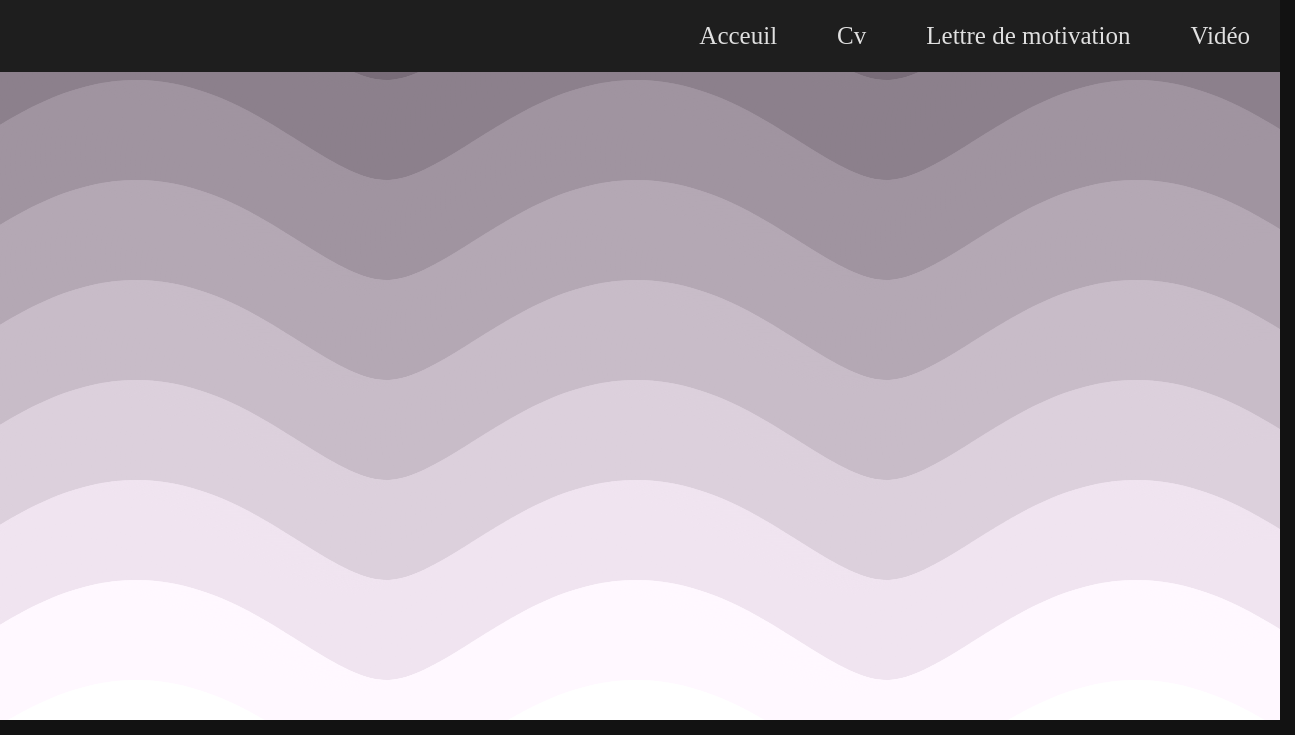
Repository: Iban-del/ProjetBacIban
Page: index.html
An editor plug-in stored every save of this project. The page is shown before and after the next save, followed by the edit.
The browser window is 1280 px wide. The page is 1295 px wide, so the pictures cover 1295 px, including what lies to the right of the window. The pictures show the whole page.
The page's requests for data from a server got no answer.

Above is the page before, as saved 2025-02-24 22:28:36.

### index.html
<!DOCTYPE html>
<html lang="fr">
<head>
    <meta charset="UTF-8">
    <meta name="viewport" content="width=device-width, initial-scale=1.0">
    <link rel="icon" type="image/x-icon" href="image/image.png">
    <link rel="stylesheet" href="css/index.css">
    <title>Iban</title tle>
    <canvas></canvas>
    <script src="js/background.js" type="module"></script>

</head>
<body>
    <nav id="navBar" class="navBar"></nav>
    <div id="panel" class="home">

    </div>
    <script src="js/index.js" type="module"></script>
</body>
</html>

### css/index.css
html, body {
    margin: 0px;
    display: flex;
    font-family: Arial, Helvetica, sans-serif;
    color: #E0E0E0;
    background-color: #121212;
    height: 100%;
    width: 100%;
    height: auto;
}

.navBar {
    height: 10%;
    width: 100%;
    position: fixed;
    background-color: #1E1E1E;
    display: flex;
    justify-content: end;
    align-items: center;
    z-index: 10;
}

.bg1, .bg2 {
    overflow-x: clip;
    z-index: -1;
    position: fixed;
}

.button-navBar {
    font-family: cursive;
    z-index: 13;
    padding: 30px;
    text-decoration: none;
    background-color: transparent;
    border: none;
    color: #E0E0E0;
    font-size: 25px;
    font-weight: 500;
}

.button-navBar:hover {
    cursor: pointer;
    color: #BB86FC;
}

.home {
    display: flex;
    position: absolute;
    width: 100%;
    height: 90%;
    top: 10%;
    background-color: transparent;
    margin: 15px;
}

.content-left {
    padding: 5px;
    width: 50%;
    height: 500px;
    display: flex;
    flex-direction: column;
    align-items: center;
    background-color: #1E1E1E;
    border-radius: 21px;
}

.content-right {
    width: 50%;
    display: flex;
    justify-content: center;
    align-items: center;
}

.name {
    height: 20%;
    width: 100%;
}

.h1-name {
    font-size: 45px;
    font-weight: 100;
}

.presentation {
    width: 90%;
}

p {
    font-size: 25px;
    color: #E0E0E0;
}

.cv-image {
    height: 95%;
    border: 2px solid #BB86FC;
}

.content-cv, .content-video {
    margin: 0;
    position: relative;
    width: 100%;
    height: 100%;
    display: flex;
    overflow-y: scroll;
    scrollbar-width: none;
    justify-content: center;
    align-content: center;
    align-items: center;
}

.video {
    width: 70%;
    height: 80%;
    border: 4px solid #BB86FC;
    background-color: #121212;
}

.image{
    width:50%;
}

/* Responsive Styles */
@media (max-width: 1024px) {
    .video {
        width: 90%;
        height: 60%;
    }

    .h1-name {
        font-size: 35px;
    }

    p {
        font-size: 20px;
    }
}

@media (max-width: 768px) {
    .video {
        width: 95%;
        height: 55%;
    }

    .h1-name {
        font-size: 30px;
    }

    p {
        font-size: 18px;
    }
}

@media (max-width: 480px) {
    .video {
        width: 100%;
        height: 50%;
    }

    .h1-name {
        font-size: 25px;
    }

    p {
        font-size: 16px;
    }
}

### js/background.js
/**
 * création du fond du site
 */


//constante avec les couleur des composant
const color ={
    backgrounds1:"#FDFCFE",
    backgrounds2:"#FAF8FD",
};

var A = 100
var X = 0
var C = 0
var h = window
/**
 * fonction qui permet de géré le fond par default en cas d'érreur
 */
function defaultBackground(){

    const body = document.querySelector("body");

    if(body instanceof HTMLBodyElement){
        body.style.backgroundColor = color.backgrounds2;
    }

}


/**
 * cette fonction permet d'attribué le style au canvas
 */
function canvasStyle(canvas){

    if(canvas instanceof HTMLCanvasElement){

        canvas.height = window.innerHeight;
        canvas.width = window.innerWidth;
        canvas.style.background =`rgba(149, 223, 198, 0.48)`;

        return;
    }

    throw new Error("Canvas n'est pas de type HTMLCanvasElement ");

}

/**
 * fonction de création d'une vague
 */
function vague(x,A){

    const lambda = 0.002;//longueur d'onde
    const k = lambda*2*Math.PI; //nombre oscilation
    const phi = 3;//décalage
    return A*Math.sin(k*x+phi);
}


/**
 * affichage de la vague
 * @param CanvasRenderingContext2D  ctx
 */
function drawVague(ctx,canvas){

    if(ctx instanceof CanvasRenderingContext2D){
        ctx.clearRect(0, 0, window.width, window.height);
        let color =0;
        for(let t = -200;t < window.innerHeight+200;t+= 100){
            ctx.beginPath();
            for(let i = 0 ;i < window.innerWidth;i+=5){
                let x = i+C
                let y = vague(x,A/2)+(t);
                ctx.lineTo(x,y)
                ctx.beginPath();
                ctx.moveTo(x,y)
                const addColor = 80
                let globalColor= `rgb(${color+addColor},${color+addColor-12},${color+addColor})`
                ctx.fillStyle=globalColor;
                ctx.arc(x,y,70,0,Math.PI*2,true)
                ctx.fill();

            }
            color+=20;
        }
    }


}



/**
 * fonction d'initialisation du fond
 */
function init(){
    //récupération des élémentcanvas
    const canvas = document.querySelector("canvas");

    if(canvas instanceof HTMLCanvasElement){

        // window.addEventListener("mousemove",(e)=>{
        //     let canvasMouseY =(e.clientY *100 / canvas.height)/1000
        //     A = Math.PI*2+(canvas.height*canvasMouseY)
        //     let canvasMouseX =(e.clientX *100 / canvas.width)/1000
        //     X = Math.PI*2+(canvas.width*canvasMouseX)*5
        //     canvas.style.background = `rgb(${255-X*.05},${255-X*.06},${255-X*.02})`;
        //     drawVague(ctx, canvas)

        // })

        const ctx = canvas.getContext('2d');

        canvasStyle(canvas);
        drawVague(ctx, canvas)
        window.addEventListener('resize',()=>{
            drawVague(ctx, canvas);
        })

    }
}

try{

    init()



}catch(error){

    console.log(error)
    defaultBackground()
}

### js/index.js
//création des page
var page = "home";
const speedAnimationFast = 300;
//constante contenant les boutton de la navBar
const NavBarButton = [
    {
        name:"Acceuil",
        id:"home",
        onclick:()=>{
            loadPage("home")

        }
    },
    {
        name:"Cv",
        id:"cv",
        onclick:()=>{
            loadPage("cv")
        }
    },
    {
        name:"Lettre de motivation",
        id:"cl",
        onclick:()=>{
            loadPage("coveringLetter")
        }
    },
    {
        name:"Vidéo",
        id:"video",
        onclick:()=>{
            loadPage("video")
        }
    },
]


/**
 * cette fonction permet de charger une page
 */
function loadPage(name,now = false){
    const baseUrl = "http://127.0.0.1:5500/html/"
    //on charge les diférente page en fonction du nom fourni
    switch(name){
        case "home":
            getPageContent(baseUrl+"home.html",animateHome,now)

            break
        case "cv":
            getPageContent(baseUrl+"cv.html",animateCv,now)
            break
        case "coveringLetter":
            getPageContent(baseUrl+"coveringLetter.html",animateCl,now)
            break
        case "video":
            getPageContent(baseUrl+"video.html",animateVideo,now)
            break
    }
}

/**
 * cette méthode permet de récupéré le contenu d'une page
 */
async function getPageContent(link,animate = null,now = false){
    const panel = document.querySelector("#panel");
    if(panel instanceof HTMLElement){
        const request = new XMLHttpRequest();
        request.addEventListener("load",(response)=>{
            if(response instanceof ProgressEvent){
                const content = response.target.responseText
                if(content){
                        if(animate){
                            if(now){
                                panel.innerHTML = content;
                                animate(1)
                            }else{
                                hideAnimation(page)
                                setTimeout(()=>{
                                    panel.innerHTML = content;
                                    animate(1)
                                },speedAnimationFast)

                            }
                        }
                }else{
                        panel.innerHTML = "";
                }
            }
        })
        request.open("GET",link)
        request.send()
    }
}


/**
 * cette fonction permet d'afficher les bouttons
 */
function drawNavBarButton(){

    const navBar = document.querySelector('#navBar');

    if(navBar instanceof HTMLElement && NavBarButton){
        NavBarButton.forEach((element) => {
            const button = document.createElement("button");
            button.id = element.id;
            button.className = "button-navBar";
            button.textContent = element.name;
            button.addEventListener("click", () => {
                element.onclick();
            });
            navBar.appendChild(button);
        });
    }
}

function hideAnimation(currentPage){

    if(currentPage){
        switch(currentPage){
            case "home":
                animateHome(0)
                break
            case "cv":
                animateCv(0)
                break
            case "coveringLetter":
                animateCl(0)
                break
            case "video":
                animateVideo(0)
                break
        }
    }
}

/**
 * cette fonction permet d'animer les composant de la page pricipale
 */
function animateHome(type = 1){
    const elements = {
        panel:document.querySelector("#content-left"),
        title:document.querySelector("#name"),
        text:document.querySelector("#presentation"),
        image:document.querySelector("#image-me"),
    }

    for (let key in elements) {
        if(!elements[key] instanceof HTMLElement){
            throw new Error("Les éléments ne sont pas trouvées");
        }
    }


    let panelTranslate = {from:"-100%",to:"0%"}
    let titleTranslate = {from:"-100%",to:"0%"}
    let textTranslate = {from:"-190%",to:"0%"}
    let imageTranslate = {from:"190%",to:"0%"}
    let panelOpacity = {from:0,to:1}
    if(!type){
        panelTranslate = {from:"0%",to:"-100%"}
        titleTranslate = {from:"0%",to:"-100%"}
        textTranslate = {from:"-0%",to:"-190%"}
        imageTranslate = {from:"0%",to:"190%"}
        panelOpacity = {from:1,to:0}
    }


    elements.panel.animate(
        [
            {transform:`translateX(${panelTranslate.from})`,opacity:panelOpacity.from},
            {transform:`translateX(${panelTranslate.to})`,opacity:panelOpacity.to}
        ],
        {
            duration: speedAnimationFast,
            easing: "ease-out",
            fill: "forwards"
        }
    )

    elements.title.animate(
        [
            {transform:`translateX(${titleTranslate.from})`},
            {transform:`translateX(${titleTranslate.to})`}
        ],
        {
            duration: speedAnimationFast,
            easing: "ease-out",
            fill: "forwards"
        }
    )

    elements.text.animate(
        [
            {transform:`translateX(${textTranslate.from})`},
            {transform:`translateX(${textTranslate.to})`}
        ],
        {
            duration: speedAnimationFast,
            easing: "ease-out",
            fill: "forwards"
        }
    )

    elements.image.animate(
        [
            {transform:`translateX(${imageTranslate.from})`,opacity:panelOpacity.from},
            {transform:`translateX(${imageTranslate.to})`,opacity:panelOpacity.to}
        ],
        {
            duration: speedAnimationFast,
            easing: "ease-out",
            fill: "forwards"
        }
    ).addEventListener("finish",e=>{
        page="home"
    })

}

/**
 * cette fonction permet d'animer les composant de la page pricipale
 */
function animateCv(type = 1){
    const image = document.querySelector("#image");

    if(image instanceof HTMLElement){
        let imageTranslate = type ? {from:"190%",to:"0%"} :{from:"0%",to:"-190%"};
        image.animate(
            [
                {transform:`translateY(${imageTranslate.from})`},
                {transform:`translateY(${imageTranslate.to})`}
            ],
            {
                duration: speedAnimationFast,
                easing: "ease-out",
                fill: "forwards"
            }
        ).addEventListener("finish",e=>{
            page="cv"
        })

    }
}

/**
 * cette fonction permet d'animer les composant de la page pricipale
 */
function animateCl(type = 1){
    const image = document.querySelector("#image");

    if(image instanceof HTMLElement){
        let imageTranslate = type ? {from:"190%",to:"0%"} :{from:"0%",to:"-190%"};
        image.animate(
            [
                {transform:`translateY(${imageTranslate.from})`},
                {transform:`translateY(${imageTranslate.to})`}
            ],
            {
                duration: speedAnimationFast,
                easing: "ease-out",
                fill: "forwards"
            }
        ).addEventListener("finish",e=>{
            page="coveringLetter"
        })

    }
}

/**
 * cette fonction permet d'animer les composant de la page pricipale
 */
function animateVideo(type = 1){
    const video = document.querySelector("#video-v");

    if(video instanceof HTMLElement){
        let videoTranslateW = type ? {from:'0%',to:"70%"} :{from:"70%",to:"0%"};
        let videoTranslateH = type ? {from:'0%',to:"80%"} :{from:"80%",to:"0%"};
        video.animate(
            [

                {width:videoTranslateW.from,height:videoTranslateH.from},
                {width:videoTranslateW.to,height:videoTranslateH.to}
            ],
            {
                duration: speedAnimationFast,
                easing: "ease-out",
                fill: "forwards"
            }
        ).addEventListener("finish",e=>{
            page="video"
        })
    }
}

/**
 * cette fonction permet d'initialiser le site
 */
function init(){

    drawNavBarButton()
    loadPage("home",true)

}


//lancement du script
init()

After the next save:
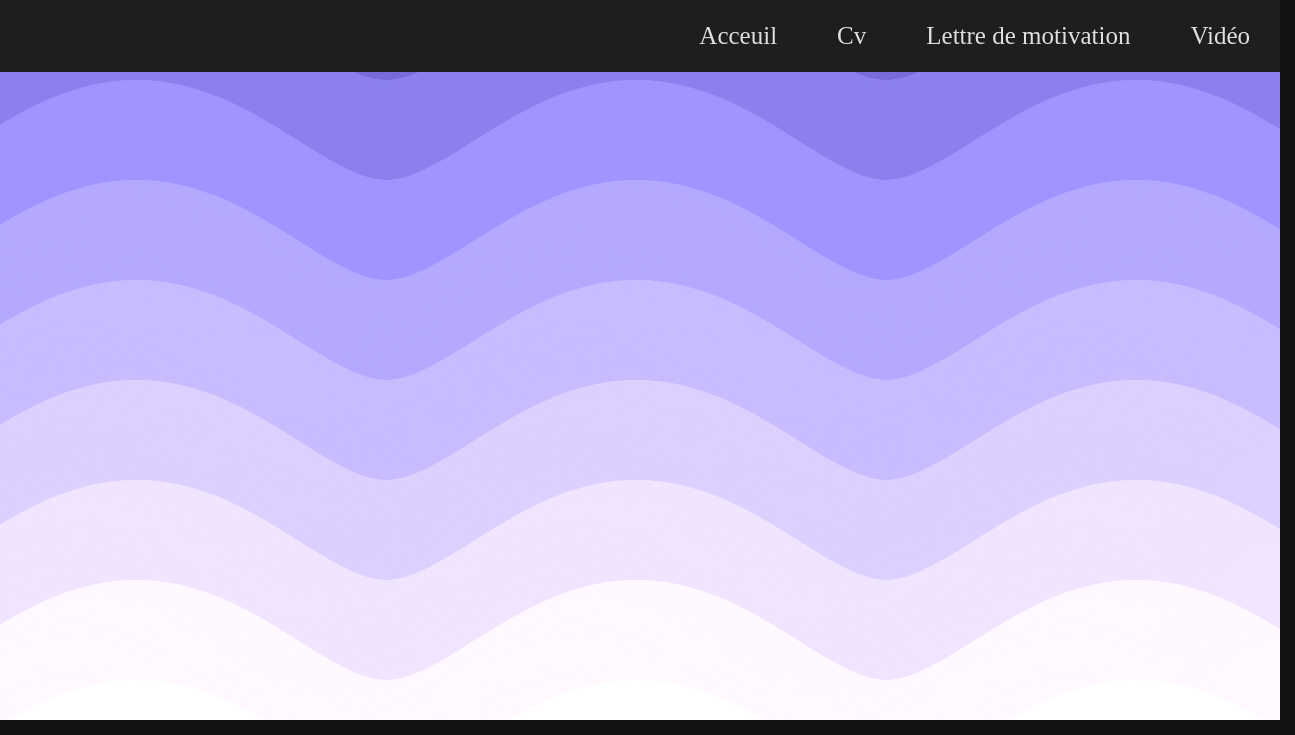
Saved 5 s later.
--- a/js/background.js
+++ b/js/background.js
@@ -75,7 +75,7 @@
                 ctx.beginPath();
                 ctx.moveTo(x,y)
                 const addColor = 80
-                let globalColor= `rgb(${color+addColor},${color+addColor-12},${color+addColor})`
+                let globalColor= `rgb(${color+addColor},${color+addColor-12},${color+addColor+99})`
                 ctx.fillStyle=globalColor;
                 ctx.arc(x,y,70,0,Math.PI*2,true)
                 ctx.fill();

After the save that followed:
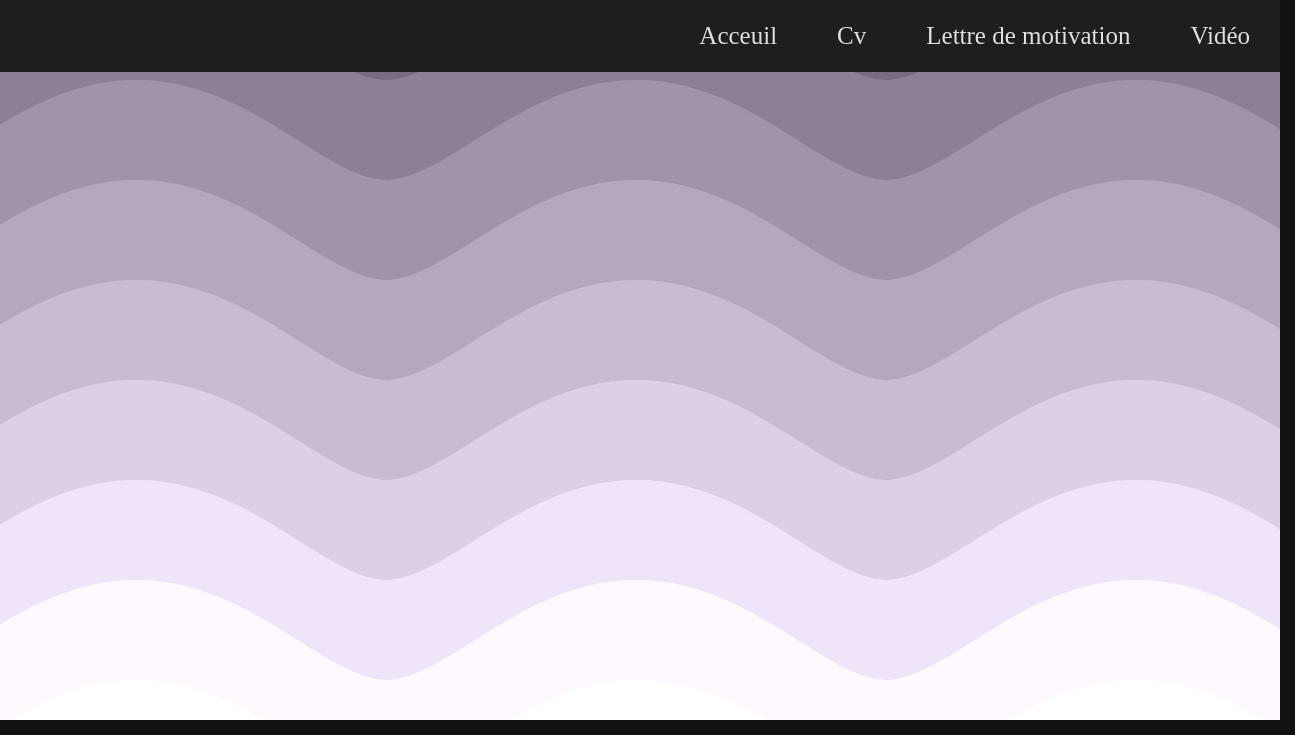
Saved 13 s later.
--- a/js/background.js
+++ b/js/background.js
@@ -75,7 +75,7 @@
                 ctx.beginPath();
                 ctx.moveTo(x,y)
                 const addColor = 80
-                let globalColor= `rgb(${color+addColor},${color+addColor-12},${color+addColor+99})`
+                let globalColor= `rgb(${color+addColor},${color+addColor-12},${color+addColor+9})`
                 ctx.fillStyle=globalColor;
                 ctx.arc(x,y,70,0,Math.PI*2,true)
                 ctx.fill();
